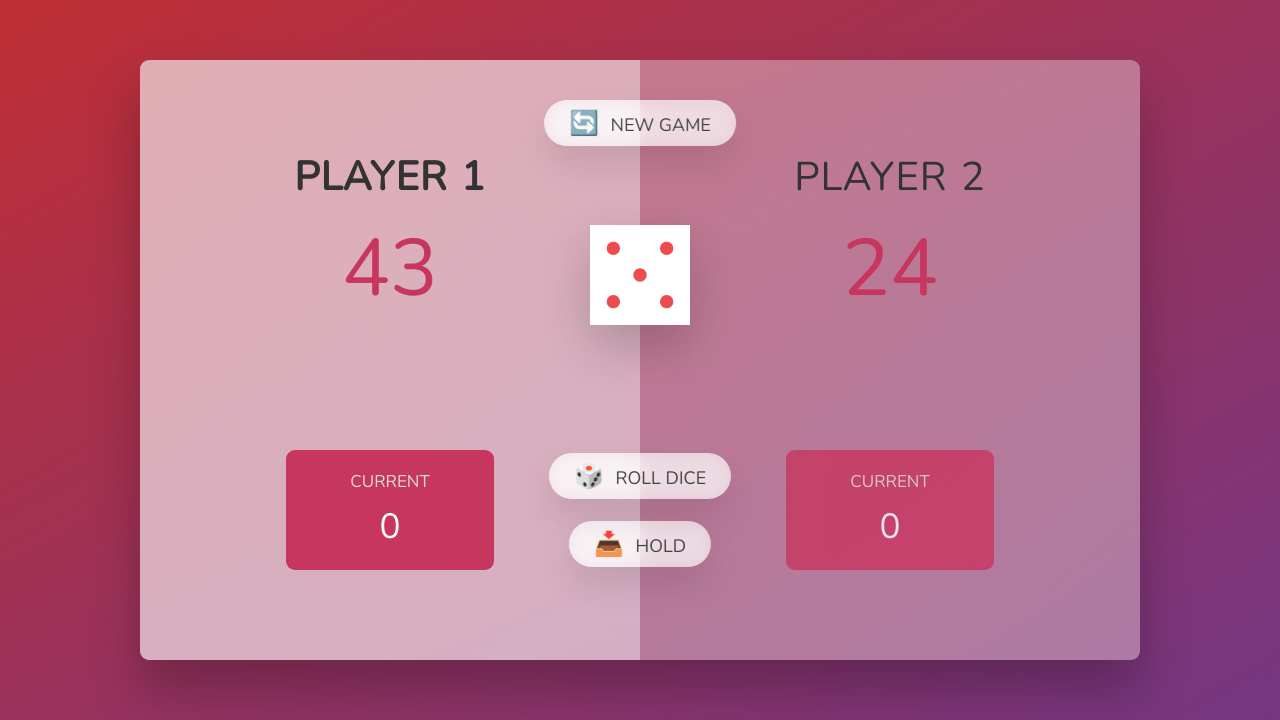
Repository: zeinawady/Jonas-Js-Course-Projects
Page: Roll Dice Game/index.html
The author's editor kept a copy of each file at every save. The page is drawn from the files as they stood at one save, then again after a run of saves.
The browser window is 1280 px wide. The pictures show the whole page.

Above is the page before, as saved 2024-11-24 03:03:44.
Console error: ReferenceError: score0 is not defined

### Roll Dice Game/index.html
<!DOCTYPE html>
<html lang="en">
  <head>
    <meta charset="UTF-8" />
    <meta name="viewport" content="width=device-width, initial-scale=1.0" />
    <meta http-equiv="X-UA-Compatible" content="ie=edge" />
    <link rel="stylesheet" href="style.css" />
    <title>Pig Game</title>
  </head>
  <body>
    <main>
      <section class="player player--0 player--active">
        <h2 class="name" id="name--0">Player 1</h2>
        <p class="score" id="score--0">43</p>
        <div class="current">
          <p class="current-label">Current</p>
          <p class="current-score" id="current--0">0</p>
        </div>
      </section>
      <section class="player player--1">
        <h2 class="name" id="name--1">Player 2</h2>
        <p class="score" id="score--1">24</p>
        <div class="current">
          <p class="current-label">Current</p>
          <p class="current-score" id="current--1">0</p>
        </div>
      </section>

      <img src="images/dice-5.png" alt="Playing dice" class="dice" />
      <button class="btn btn--new">🔄 New game</button>
      <button class="btn btn--roll">🎲 Roll dice</button>
      <button class="btn btn--hold">📥 Hold</button>
    </main>
    <script src="script.js"></script>
  </body>
</html>

### Roll Dice Game/style.css
@import url('https://fonts.googleapis.com/css2?family=Nunito&display=swap');

* {
  margin: 0;
  padding: 0;
  box-sizing: inherit;
}

html {
  font-size: 62.5%;
  box-sizing: border-box;
}

body {
  font-family: 'Nunito', sans-serif;
  font-weight: 400;
  height: 100vh;
  color: #333;
  background-image: linear-gradient(to top left, #753682 0%, #bf2e34 100%);
  display: flex;
  align-items: center;
  justify-content: center;
}

/* LAYOUT */
main {
  position: relative;
  width: 100rem;
  height: 60rem;
  background-color: rgba(255, 255, 255, 0.35);
  backdrop-filter: blur(200px);
  filter: blur();
  box-shadow: 0 3rem 5rem rgba(0, 0, 0, 0.25);
  border-radius: 9px;
  overflow: hidden;
  display: flex;
}

.player {
  flex: 50%;
  padding: 9rem;
  display: flex;
  flex-direction: column;
  align-items: center;
  transition: all 0.75s;
}

/* ELEMENTS */
.name {
  position: relative;
  font-size: 4rem;
  text-transform: uppercase;
  letter-spacing: 1px;
  word-spacing: 2px;
  font-weight: 300;
  margin-bottom: 1rem;
}

.score {
  font-size: 8rem;
  font-weight: 300;
  color: #c7365f;
  margin-bottom: auto;
}

.player--active {
  background-color: rgba(255, 255, 255, 0.4);
}
.player--active .name {
  font-weight: 700;
}
.player--active .score {
  font-weight: 400;
}

.player--active .current {
  opacity: 1;
}

.current {
  background-color: #c7365f;
  opacity: 0.8;
  border-radius: 9px;
  color: #fff;
  width: 65%;
  padding: 2rem;
  text-align: center;
  transition: all 0.75s;
}

.current-label {
  text-transform: uppercase;
  margin-bottom: 1rem;
  font-size: 1.7rem;
  color: #ddd;
}

.current-score {
  font-size: 3.5rem;
}

/* ABSOLUTE POSITIONED ELEMENTS */
.btn {
  position: absolute;
  left: 50%;
  transform: translateX(-50%);
  color: #444;
  background: none;
  border: none;
  font-family: inherit;
  font-size: 1.8rem;
  text-transform: uppercase;
  cursor: pointer;
  font-weight: 400;
  transition: all 0.2s;

  background-color: white;
  background-color: rgba(255, 255, 255, 0.6);
  backdrop-filter: blur(10px);

  padding: 0.7rem 2.5rem;
  border-radius: 50rem;
  box-shadow: 0 1.75rem 3.5rem rgba(0, 0, 0, 0.1);
}

.btn::first-letter {
  font-size: 2.4rem;
  display: inline-block;
  margin-right: 0.7rem;
}

.btn--new {
  top: 4rem;
}
.btn--roll {
  top: 39.3rem;
}
.btn--hold {
  top: 46.1rem;
}

.btn:active {
  transform: translate(-50%, 3px);
  box-shadow: 0 1rem 2rem rgba(0, 0, 0, 0.15);
}

.btn:focus {
  outline: none;
}

.dice {
  position: absolute;
  left: 50%;
  top: 16.5rem;
  transform: translateX(-50%);
  height: 10rem;
  box-shadow: 0 2rem 5rem rgba(0, 0, 0, 0.2);
}

.player--winner {
  background-color: #2f2f2f;
}

.player--winner .name {
  font-weight: 700;
  color: #c7365f;
}
.hidden{
  display: none;
}

### Roll Dice Game/script.js
'use strict';

//selectiong elements
const scoreElement0=document.getElementById('score--0');
const scoreElement1=document.getElementById('score--1');
const currentElement0=document.getElementById('current--0');
const currentElement1=document.getElementById('current--1');
const diceElement = document.querySelector('.dice');
const rollBtn=document.querySelector('.btn--roll');
const newBtn=document.querySelector('btn--new');
const holdBtn=document.querySelector('btn--hold');

//start conditions
score0.textContent=0;
score1.textContent=0;
diceElement.classList.add('hidden');

let currentScore=0;

//roll dice
rollBtn.addEventListener('click', function(){
    //1. generate a random dice number
    const diceNum=Math.trunc(Math.random() *6)+1;

    //2.display dice img
    diceElement.classList.remove('hidden');
    diceElement.src=`images/dice-${diceNum}.png`;

    //3.check if 1
    if(diceNum!==1){
currentScore+=diceNum;
currentElement0.textContent=currentScore;
    }
    else{
        //switch to the other player

    }
})

After the next 2 saves:
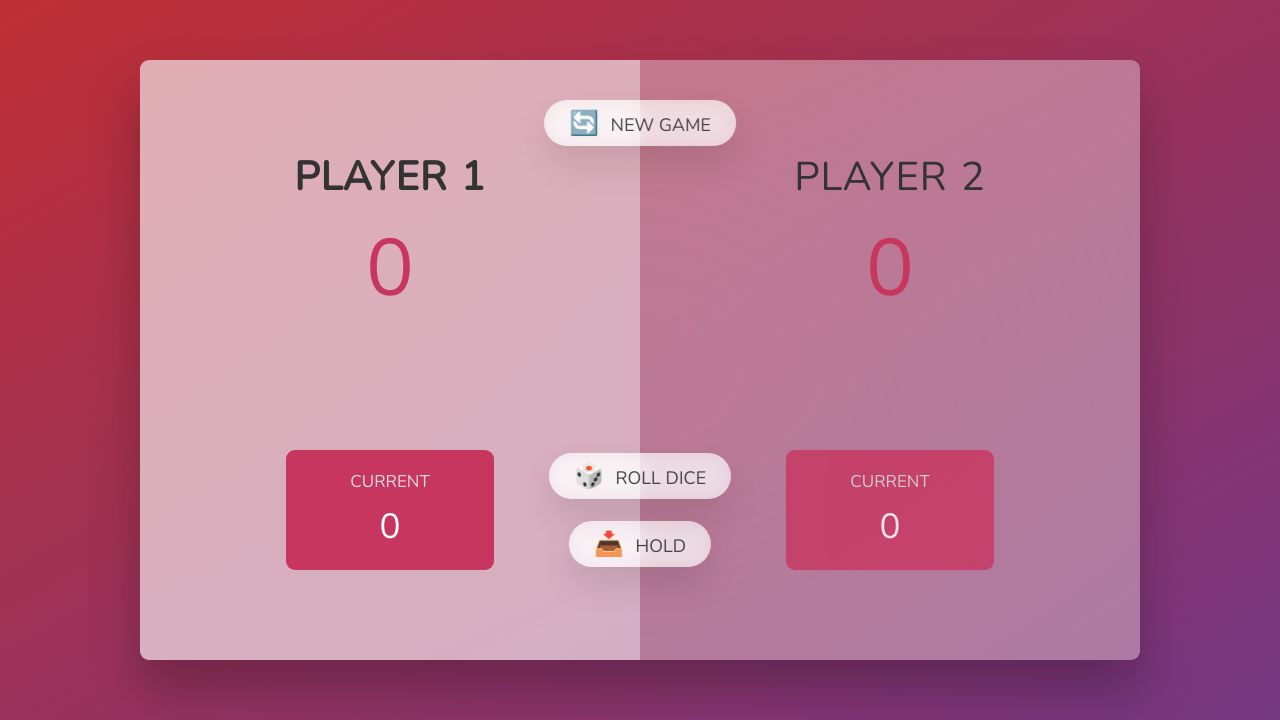
The error is gone.
The 2 saves are shown as one change because they came seconds apart.
The last was saved 63 s later.
--- a/Roll Dice Game/script.js
+++ b/Roll Dice Game/script.js
@@ -11,8 +11,8 @@ const newBtn=document.querySelector('btn--new');
 const holdBtn=document.querySelector('btn--hold');
 
 //start conditions
-score0.textContent=0;
-score1.textContent=0;
+scoreElement0.textContent=0;
+scoreElement1.textContent=0;
 diceElement.classList.add('hidden');
 
 let currentScore=0;
